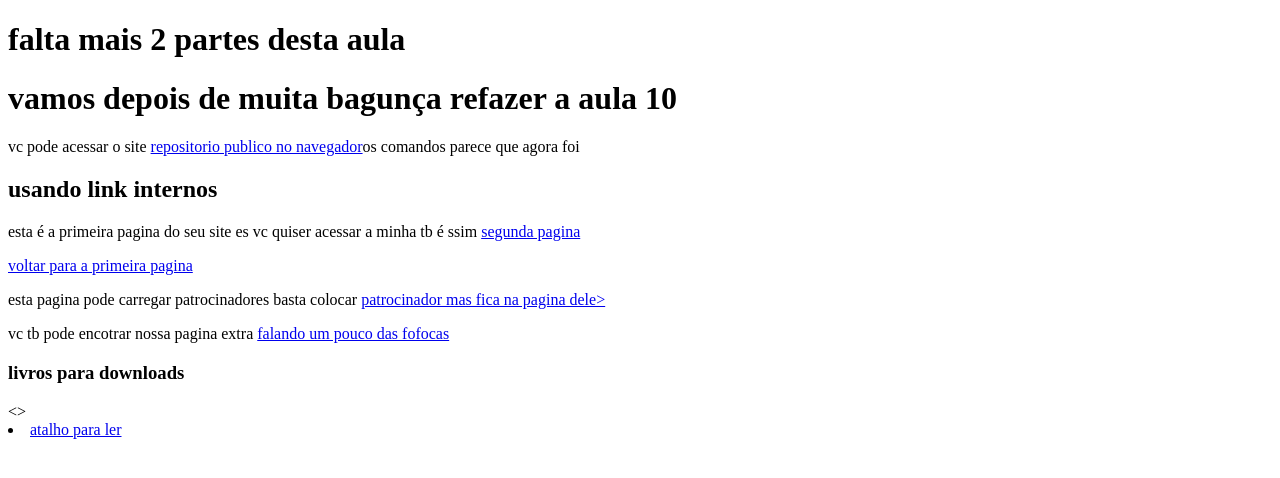
Repository: DorivalJunior14/exercicios
Page: aula10.html/pagoo2.html
The author's editor kept a copy of each file at every save. The page is drawn from the files as they stood at one save, then again after the next save.
The browser window is 1280 px wide. The pictures show the whole page.

Above is the page before, as saved 2020-12-08 11:20:08.

After the next save:
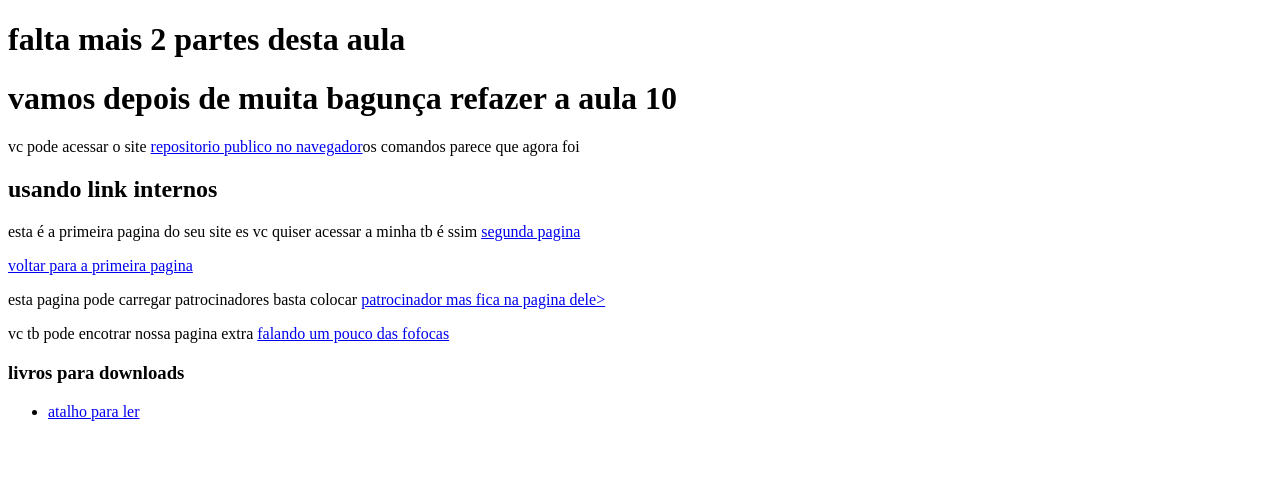
Saved 22 s later.
--- a/aula10.html/pagoo2.html
+++ b/aula10.html/pagoo2.html
@@ -16,10 +16,10 @@
   </p><!-- o patrocinador não fica vinculado ou direto na pagina dele, vc pode desconsiderar-->
   <p>vc tb pode encotrar nossa pagina extra <a href="noticias/pag003.html">falando um pouco das fofocas </a></p>
   <h3>livros para downloads</h3>
-  <>
+  <ul>
 
 
     <li><a href="meulivro/empdf>">atalho para ler</a></li>
 
-</body>
+</ul>
 </html>
